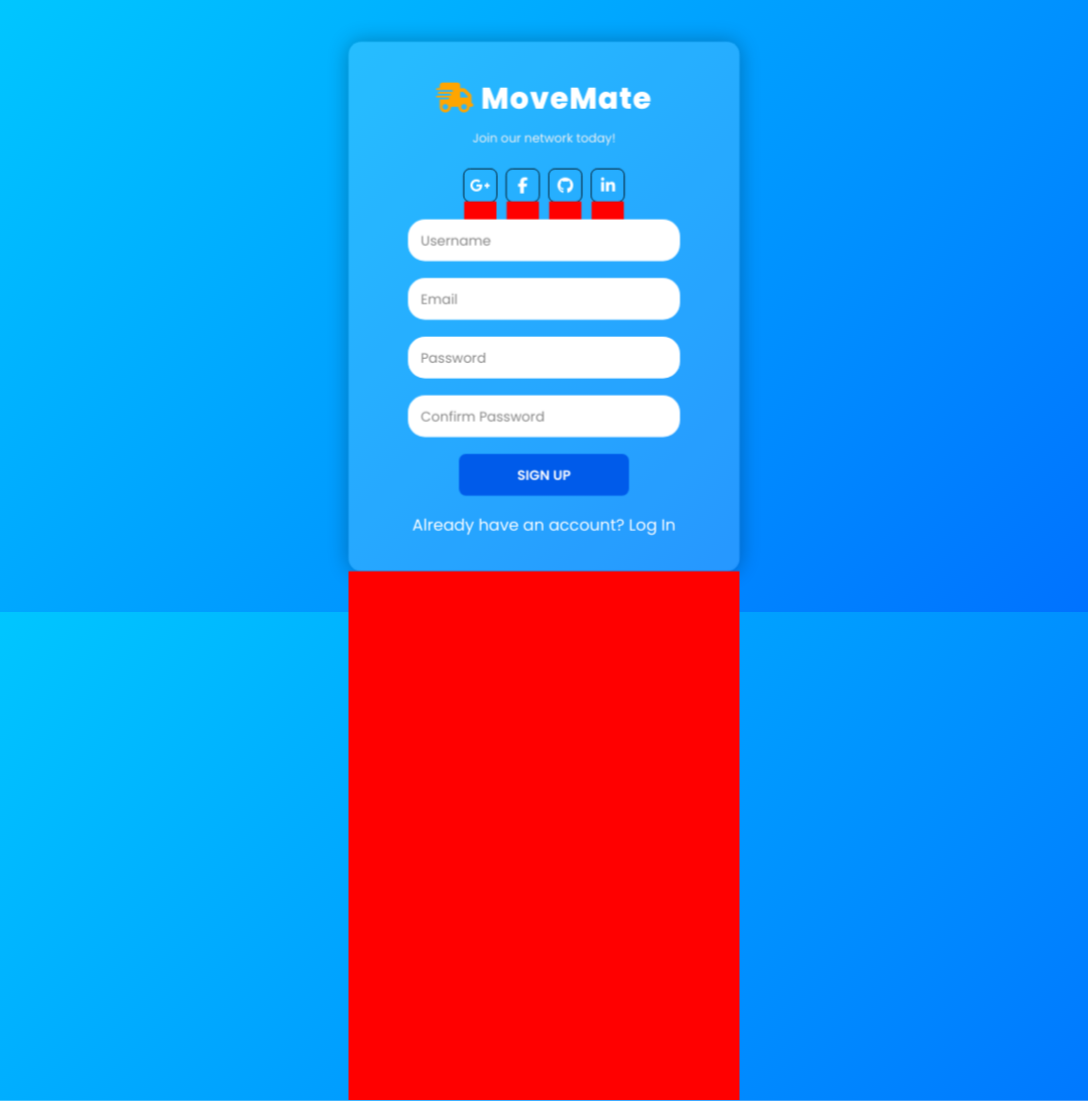
Repository: MoveMate7018/Slokdhorda7014
Page: registration.html
These files come from the project's save history. The page is drawn as it stood at one moment and after the next save; the edit follows.
The browser window is 1280 px wide. The pictures show the whole page, at 85% of full size.

Above is the page before, as saved 2025-10-27 15:07:21.

After the next save:
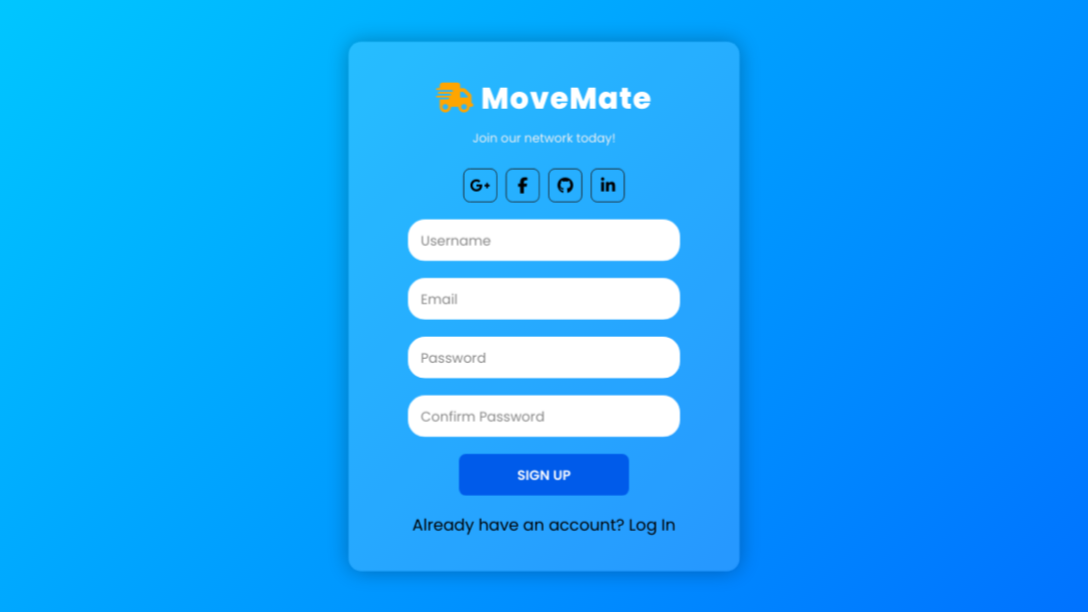
Saved 9 s later.
--- a/Assets/css/registration.css
+++ b/Assets/css/registration.css
@@ -201,7 +201,7 @@
          }
 
         .container a{
-         color: rgb(255, 255, 255);
+         color: rgb(0, 0, 0);
          font-size: 19px;
          text-decoration: none;
          margin: 15px 0 10px;
@@ -212,7 +212,7 @@
         }
 
          .extra-login-options a{
-            border: 1px solid #000000;
+            border: 1px solid #1F1C18;
             border-radius: 20%;
             display: inline-flex;
             justify-content: center;
@@ -221,42 +221,6 @@
             width: 40px;
             height: 40px;
         }
-        .link{
-            color: white;
-        }
-        ul li a:hover .icon {
-  color: #fff;
-  transform: rotateY(360deg);
-}
-
-form a:before {
-  content: "";
-  position: absolute;
-  top: 100%;
-  left: 0;
-  width: 100%;
-  height: 100%;
-  background: #f00;
-  transition: .5s;
-  z-index: 2;
-}
-
-form a:hover:before {
-  top: 0;
-}
-
-form li:nth-child(1) a:before{
-  background: #3b5999;
-}
-
-form li:nth-child(2) a:before{
-  background: #55acee;
-}
-
-form li:nth-child(3) a:before {
-  background: #0077b5;
-}
-
-form li:nth-child(4) a:before {
-  background: #dd4b39;
-}
+        .Already{
+            color: white;
+        }
